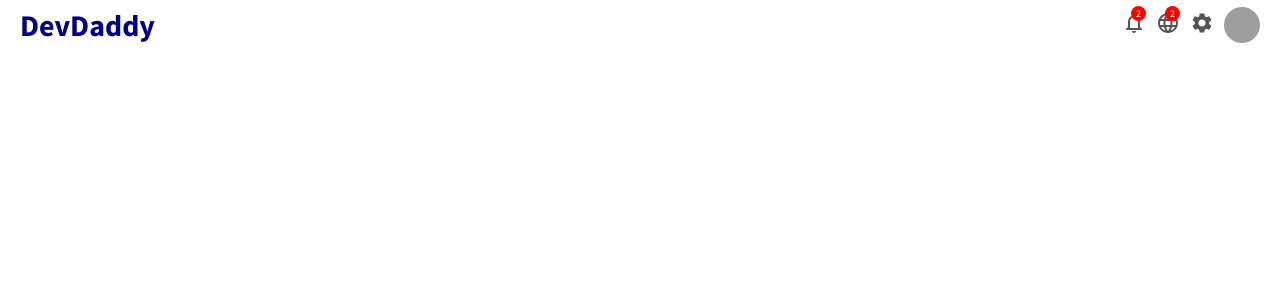
Repository: Marhamat92/react-admin-dashboard
Page: /users
These files come from the project's save history. The page is drawn as it stood at one moment and after the next save; the edit follows.
The browser window is 1280 px wide. The pictures show the whole page.
Pictures or frames that could not be fetched are drawn as grey boxes. The project was rebuilt for these pictures with package versions that can differ from the ones it lists, and the page was loaded fresh each time. Also part of the build but not shown: src/components/sidebar/sidebar.scss.

Above is the page before, as saved 2023-02-07 17:24:11.

### public/index.html
<!DOCTYPE html>
<html lang="en">

<head>
  <meta charset="utf-8" />
  <link rel="icon" href="%PUBLIC_URL%/favicon.ico" />
  <meta name="viewport" content="width=device-width, initial-scale=1" />
  <meta name="theme-color" content="#000000" />
  <meta name="description" content="Web site created using create-react-app" />
  <link rel="apple-touch-icon" href="%PUBLIC_URL%/logo192.png" />
  <link rel="preconnect" href="https://fonts.googleapis.com">
  <link rel="preconnect" href="https://fonts.gstatic.com" crossorigin>
  <link href="https://fonts.googleapis.com/css2?family=Source+Sans+Pro:wght@200;300;400;600;700;900&display=swap"
    rel="stylesheet">
  <!--
      manifest.json provides metadata used when your web app is installed on a
      user's mobile device or desktop. See https://developers.google.com/web/fundamentals/web-app-manifest/
    -->
  <link rel="manifest" href="%PUBLIC_URL%/manifest.json" />
  <!--
      Notice the use of %PUBLIC_URL% in the tags above.
      It will be replaced with the URL of the `public` folder during the build.
      Only files inside the `public` folder can be referenced from the HTML.

      Unlike "/favicon.ico" or "favicon.ico", "%PUBLIC_URL%/favicon.ico" will
      work correctly both with client-side routing and a non-root public URL.
      Learn how to configure a non-root public URL by running `npm run build`.
    -->
  <style>
    * {
      font-family: 'Source Sans Pro', sans-serif;
      margin: 0;
    }
  </style>
  <title>DevDaddy Admin Dashboard</title>
</head>

<body>
  <noscript>You need to enable JavaScript to run this app.</noscript>
  <div id="root"></div>
  <!--
      This HTML file is a template.
      If you open it directly in the browser, you will see an empty page.

      You can add webfonts, meta tags, or analytics to this file.
      The build step will place the bundled scripts into the <body> tag.

      To begin the development, run `npm start` or `yarn start`.
      To create a production bundle, use `npm run build` or `yarn build`.
    -->
</body>

</html>

### src/App.js
import Topbar from "./components/Topbar/Topbar";

function App() {
  return (
    <div className="App">
      <Topbar />

    </div>
  );
}

export default App;

### src/components/Topbar/Topbar.jsx
import React from 'react'
import "./topbar.scss"
import { Language, NotificationsNone, Settings } from '@mui/icons-material'

function Topbar() {
  return (
    <div className="topbar" >
       <div className='topbarWrapper' >
          <div className='topLeft' >
            <span className='logo'>DevDaddy</span>
          </div>
          <div className='topRight' >
             <div className='topbarIconContainer' >
               <NotificationsNone/>
                <span className='topIconBadge'>2</span>
             </div>
             <div className='topbarIconContainer' >
               <Language/>
                <span className='topIconBadge'>2</span>
             </div>
             <div className='topbarIconContainer' >
               <Settings/>
             </div>
             <img className='topAvatar' src='https://i.pinimg.com/originals/99/ee/d8/99eed8642bbb66a71d0f1677d18a2587.jpg' alt="jack sheperd" />
          </div>
       </div>
    </div>
  )
}

export default Topbar

### src/components/Topbar/topbar.scss
.topbar{
  width:100%;
  height: 50px;
  background-color: white;
  position: sticky;
  top:0;
  z-index: 999;
}

.topbarWrapper{
  height: 100%;
  padding: 0px 20px;
  display: flex;
  align-items: center;
  justify-content: space-between;
}

.logo{
  font-weight:bold;
  font-size: 30px;
  color:darkblue;
  cursor: pointer;
}

.topRight{
  display:flex;
  align-items: center;
}

.topbarIconContainer{
  position:relative;
  cursor: pointer;
  margin-right:10px;
  color:#555;
}

.topIconBadge{
  width: 15px;
  height: 15px;
  display: flex;
  align-items: center;
  justify-content: center;
  position:absolute;
  top:-5px;
  right:0px;
  background-color: red;
  color:white;
  border-radius: 50%;
  font-size: 10px;
}

.topAvatar{
  width: 36px;
  height: 36px;
  border-radius: 50%;
  object-fit: cover;
  cursor: pointer;
}

### src/components/sidebar/Sidebar.js
import React from 'react'
import './sidebar.scss'

function Sidebar() {
  return (
    <div>Sidebar</div>
  )
}

export default Sidebar

Loaded but not shown: src/index.js (common file)

After the next save:
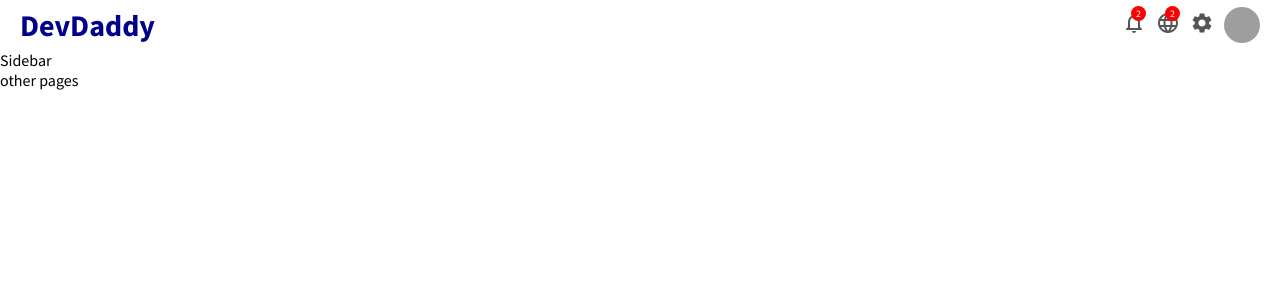
Saved 2 min 39 s later.
--- a/src/App.js
+++ b/src/App.js
@@ -1,10 +1,14 @@
 import Topbar from "./components/Topbar/Topbar";
+import Sidebar from "./components/sidebar/Sidebar";
 
 function App() {
   return (
-    <div className="App">
+    <div>
       <Topbar />
-
+      <div className="container">
+        <Sidebar />
+        other pages
+      </div>
     </div>
   );
 }
